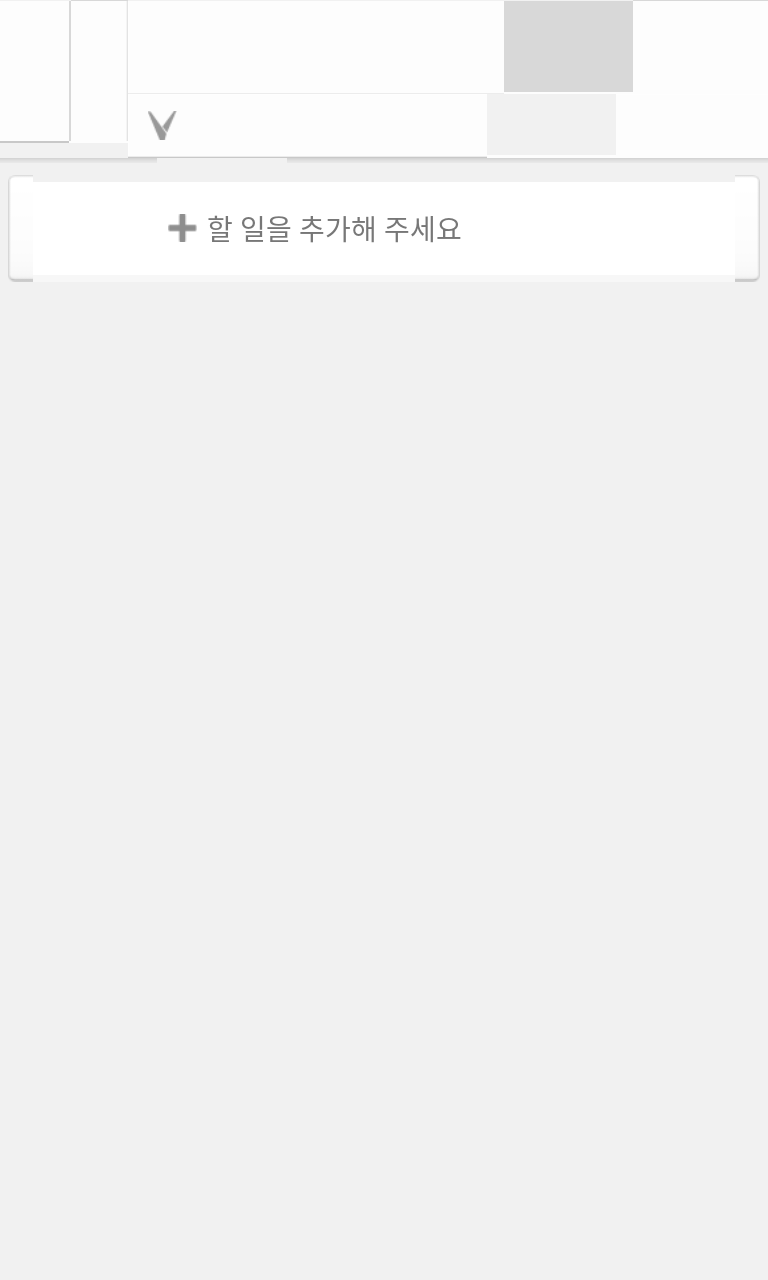
Repository: belhyun/witherest-android
Layout: Witherest/res/layout/fragment_mycheck.xml
The author's editor kept a copy of each file at every save. The layout is drawn from the files as they stood at one save, then again after the next save.
It is drawn on a 768 x 1280 px phone screen (xhdpi) without system bars, with theme android:Theme.Holo; the app's code is not run. Lists and similar views that code fills are empty.

Above is the layout before, as saved 2013-07-06 10:37:57.

### Witherest/res/layout/fragment_mycheck.xml
<?xml version="1.0" encoding="utf-8"?>
<LinearLayout xmlns:android="http://schemas.android.com/apk/res/android"
    android:layout_width="fill_parent"
    android:layout_height="fill_parent"
    android:background="#f1f1f1"
    android:orientation="vertical" >

    <RelativeLayout
        android:layout_width="fill_parent"
        android:layout_height="wrap_content" >

        <LinearLayout
            android:id="@+id/mycheck_profile_container"
            android:layout_width="wrap_content"
            android:layout_height="wrap_content"
            android:layout_alignParentLeft="true"
            android:background="@drawable/main1_bg"
            android:gravity="center"
            android:padding="3dip" >

            <ImageView
                android:id="@+id/mycheck_prifile_image"
                android:layout_width="match_parent"
                android:layout_height="match_parent"
                android:layout_marginBottom="5dp"
                android:layout_marginLeft="3dp"
                android:layout_marginRight="3dp"
                android:layout_marginTop="5dp" />

        </LinearLayout>

        <LinearLayout
            android:id="@+id/mycheck_intro_container"
            android:layout_width="match_parent"
            android:layout_height="wrap_content"
            android:layout_alignParentTop="true"
            android:layout_toRightOf="@id/mycheck_profile_container"
            android:background="@drawable/main2_bg"
            android:gravity="center_vertical"
            android:orientation="vertical"
            android:padding="3dip" >

            <TextView
                android:id="@+id/mycheck_name_textview"
                android:layout_width="wrap_content"
                android:layout_height="wrap_content"
                android:ellipsize="end"
                android:textColor="#51c3b8"
                android:textSize="14sp"
                android:layout_marginLeft ="3dp"
                android:textStyle="bold" />

            <TextView
                android:id="@+id/mycheck_purpose_textview"
                android:layout_width="wrap_content"
                android:layout_height="wrap_content"
                android:ellipsize="end"
                android:textColor="#888888"
                android:layout_marginLeft ="3dp"
                android:textSize="14sp"
                android:layout_marginBottom="3dp"
              />
        </LinearLayout>

        <LinearLayout
            android:id="@+id/mycheck_detail_container"
            android:layout_width="fill_parent"
            android:layout_height="wrap_content"
            android:layout_alignLeft="@id/mycheck_intro_container"
            android:layout_below="@id/mycheck_intro_container"
            android:orientation="horizontal" >

            <LinearLayout
                android:id="@+id/mycheck_detail_container_1"
                android:layout_width="match_parent"
                android:layout_height="match_parent"
                android:layout_weight="1"
                android:background="@drawable/main3_bg"
                android:gravity="center"
                android:orientation="horizontal"
                android:padding="2dip" >

                <ImageView
                    android:layout_width="wrap_content"
                    android:layout_height="wrap_content"
                    android:layout_marginLeft="8dp"
                    android:src="@drawable/main_checkroom_icon_bg" />

                <TextView
                    android:id="@+id/mycheck_expose_textview"
                    android:layout_width="match_parent"
                    android:layout_height="wrap_content"
                    android:layout_marginLeft="80dp"
                    android:textColor="#999999"
                    android:textSize="14sp" />
            </LinearLayout>

            <LinearLayout
                android:id="@+id/mycheck_detail_container_2"
                android:layout_width="match_parent"
                android:layout_height="match_parent"
                android:layout_weight="1"
                android:background="@drawable/main4_bg"
                android:gravity="center"
                android:padding="2dip"
                android:visibility="gone">

                <ImageView
                    android:layout_width="wrap_content"
                    android:layout_height="wrap_content"
                    android:layout_marginLeft="8dp"
                    android:src="@drawable/main_star_icon_bg" />

                <TextView
                    android:id="@+id/mycheck_star_textview"
                    android:layout_width="match_parent"
                    android:layout_height="wrap_content"
                    android:layout_marginLeft="40dp"
                    android:textColor="#999999"
                    android:textSize="14sp" />
            </LinearLayout>
        </LinearLayout>
    </RelativeLayout>

    <LinearLayout
        android:layout_width="fill_parent"
        android:layout_height="wrap_content"
        android:background="@drawable/common_header_shadow" />

    <Button
        android:id="@+id/make_room_btn"
        android:layout_width="match_parent"
        android:layout_height="wrap_content"
        android:background="@drawable/make_room_btn_on_off"
        android:drawableLeft="@drawable/main_plus_icon_bg"
        android:drawablePadding="5dip"
        android:gravity="center_vertical"
        android:paddingLeft="80dp"
        android:text="@string/make_room"
        android:textColor="#777777"
        android:textSize="14sp"
        android:layout_marginLeft="4dp"
        android:layout_marginRight="4dp"
        android:layout_marginTop="6dp"
        android:layout_marginBottom="2dp"/>

    <ListView
        android:id="@+id/mycheck_checklistview"
        android:layout_width="match_parent"
        android:layout_height="wrap_content"
        android:layout_marginLeft="4dp"
        android:layout_marginRight="4dp"
        android:layout_marginTop="2dp"
        android:layout_weight="1.75"
        android:background="#f1f1f1"
        android:drawSelectorOnTop="false"
        android:cacheColorHint="#00000000"
        android:divider="@color/tranparent"
        android:listSelector="@android:color/transparent"
        android:persistentDrawingCache="animation|scrolling"
        >
    </ListView>

</LinearLayout>

### Witherest/res/drawable/make_room_btn_on_off.xml
<?xml version="1.0" encoding="utf-8"?>
<selector xmlns:android="http://schemas.android.com/apk/res/android" >
    <!-- selected -->
	<item
		android:state_selected="true"
		android:drawable="@drawable/main_plusroom_button_on"/>

	<!-- pressed -->
	<item
		android:state_pressed="true"
		android:drawable="@drawable/main_plusroom_button_on"/>

	<!-- focused -->
	<item
		android:state_focused="true"
		android:drawable="@drawable/main_plusroom_button_on"/>

	<!-- default -->
	<item
		android:drawable="@drawable/main_plusroom_button_off"/>

</selector>

### Witherest/res/values/strings.xml
<?xml version="1.0" encoding="utf-8"?>
<resources>
    <string name="app_name">Witherest</string>
    <string name="hello_world">Hello world!</string>
    <string name="menu_settings">Settings</string>
    <string name="title_activity_main">MainActivity</string>

    <!-- Common String -->
    <string name="common_welcome">다른 사람들과 할 일을 공유 하고 함께 이뤄 가는 공간\n함께 목표를 이루는 공간에 당신을 초대합니다.</string>

    <string name="exception_message">오류가 발생하였습니다.</string>
    <string name="incorrect_networkconnect">잘못된 접근방식입니다.</string>
    <!-- /Common String -->

    <!-- Login String -->
    <string name="login_title">로그인</string>
    <string name="login_message">다른 사람들과 할 일을 공유 하고 함께 이뤄 가는 공간\n함께 목표를 이루는 공간에 당신을 초대합니다.</string>
	<string name="login_id_hint">아이디 (이메일 주소)</string>
	<string name="login_passwd_hint">비밀번호</string>
	<string name="login_btn">로그인</string>

	<string name="login_dialog_message">로그인중 입니다.</string>

		<!-- Error String -->
		<string name="login_insert_id_empty">아이디 (이메일 주소)를 입력 해주세요.</string>
		<string name="login_insert_passwd_empty">비밀번호를 입력 해주세요.</string>
		<string name="login_id_incorrect">등록되지 않은 사용자 입니다.</string>
		<string name="login_passwd_incorrect">비밀번호가 일치하지 않습니다.</string>
		<!-- /Error String -->

	<!-- /Login String -->

	<!-- SignUp String -->
	<string name="signup_title">가입하기</string>
	<string name="signup_nickname_hint">닉네임</string>
	<string name="signup_id_hint">아이디 (이메일 주소)</string>
	<string name="signup_passwd_hint">비밀번호</string>
	<string name="signup_passwdconfirm_hint">비밀번호 확인</string>
	<string name="signup_interestedCategory_hint">관심 카테고리</string>
	<string name="signup_attention">만들기 버튼을 누르면 &lt;font color=#3cc3c6&gt;이용약관&lt;/font&gt; 및 &lt;font color=#3cc3c6&gt;개인 정보&lt;/font&gt;&lt;br /&gt;&lt;font color=#3cc3c6&gt;취급 방침&lt;/font&gt;에 동의하게 됩니다.</string>
	<string name="signup_make_btn">가입하기</string>

	<string name="signup_dialog_message">&lt;small&gt;회원가입  요청중입니다.&lt;/small&gt;&lt;br&gt;&lt;small&gt;잠시만 기다려 주세요.&lt;/small&gt;</string>

		<!-- Error String -->
		<string name="signup_insert_nickname_empty">닉네임을 입력 해주세요.</string>
		<string name="signup_insert_id_empty">아이디 (이메일 주소)를 입력 해주세요.</string>
		<string name="signup_insert_passwd_empty">비밀번호를 입력 해주세요.</string>
		<string name="signup_insert_passwdconfirm_empty">비밀번호 확인을 입력 해주세요.</string>
		<string name="signup_insert_interestedCategory_empty">관심 카테고리를 선택 해주세요.</string>

		<string name="signup_insert_passwd_different">입력된 비밀번호가 일치하지 않습니다.</string>
		<!-- /Error String -->

	<!-- /SignUp String -->
		<string name="title_category">Category</string>
		<string name="profile_title">프로필 수정</string>
		<string name="profile">프로필</string>
		<string name="profile_menu_text">프로필 이미지</string>
		<string name="profile_image_des">이미지를 변경하시려면 눌러주세요</string>
		<string name="profile_nick">닉네임</string>
		<string name="email">이메일</string>
		<string name="purpose">목표 문구</string>
		<string name="mycategory">관심 카테고리</string>
		<string name="settings_title">설정</string>
		<string name="default_info_text">기본 정보</string>
		<string name="version_title">버젼 정보</string>
		<string name="default_version">1.0</string>
		<string name="help_title">도움말</string>
		<string name="suggestion_title">의견 보내기</string>
		<string name="note_title">알림 설정</string>
		<string name="system_title">시스템 설정</string>
		<string name="withdraw_title">탈퇴</string>
		<string name="logout_title">로그 아웃</string>
		<string name="warning_withdraw">Witherest를 탈퇴하시겠습니까?</string>
		<string name="confirm">확인</string>
		<string name="cancel">취소</string>
		<string name="confirm_withdraw">탈퇴 확인</string>
		<string name="notification">알림</string>
		<string name="notificationconfig">알림 수신 설정</string>
		<string name="activity_noti_config_time">방 시간 알림</string>
		<string name="activity_noti_config_time_des">방 알림 시간이 되었을 때 알림을 받습니다.</string>
		<string name="activity_noti_config_manager_register">방장 신규 글 등록 알림</string>
		<string name="activity_noti_config_manager_register_des">방장이 신규글을 등록했을 때 알림을 받습니다.</string>
		<string name="activity_noti_config_register_mine">댓글 알림</string>
		<string name="activity_noti_config_register_mine_des">내가 쓴글에 댓 글이 달렸을 때 알림을 받습니다.</string>
		<string name="activity_noti_company">공지 알림</string>
		<string name="activity_noti_company_des">Witherest의 공지 알림을 받습니다.</string>
		<string name="selectimage">사진 선택</string>
		<string name="activity_profile_input_email_text">이메일을 입력해주세요</string>
		<string name="activity_profile_input_nick_text">닉네임을 입력해주세요</string>
		<string name="activity_profile_input_purpose_text">목표 문구를 입력해주세요</string>
		<string name="activity_profile_input_mycategories_text">관심 카테고리를 선택해주세요</string>
		<string name="activity_profile_input_category_text">관심 항목을 선택해주세요</string>
		<string name="activity_makeroom_room_image_title">방 이미지</string>
		<string name="activity_makeroom_room_name_title">방이름</string>
		<string name="activity_makeroom_purpose_title">할 일 내용</string>
		<string name="activity_makeroom_title">방 만들기</string>
		<string name="activity_makeroom_category_title">카테고리</string>
		<string name="activity_makeroom_period_title">기간</string>
		<string name="activity_makeroom_periodtype_default">매일</string>
		<string name="activity_makeroom_period_default">21일</string>
		<string name="activity_makeroom_periodtype_title">실천 주기</string>
		<string name="activity_mkeroom_periodtype_default">매일</string>
		<string name="activity_makeroom_alarm_title">알림</string>
		<string name="activity_makeroom_alarm_default">매일</string>
		<string name="activity_makeroom_content_hint">입력하시려면 눌러주세요</string>
		<string name="activity_makeroom_alarmtime_title">알림 시간</string>
		<string name="activity_makeroom_public_title">공개 여부</string>
		<string name="activity_makeroom_public_default">공개</string>
		<string name="activity_makeroom_maxmember_title">참여 인원</string>
		<string name="activity_makeroom_maxmember_default">10명</string>
		<string name="dialog_input_roomname_text">방 이름을 입력해주세요</string>
		<string name="dialog_input_purpose_text">할 일 내용을 입력해주세요</string>
		<string name="dialog_input_category_text">카테고리를 선택해주세요</string>
		<string name="dialog_input_period_text">기간을 입력해주세요</string>
		<string name="dialog_input_periodtype_text">실천 주기를 입력해주세요</string>
		<string name="dialog_input_alarm_text">알림을 선택해주세요</string>
		<string name="dialog_input_alarmtime_text">알림 시간을 지정해주세요</string>
		<string name="dialog_input_pulbic_text">공개 여부를 설정해주세요</string>
		<string name="dialog_input_maxmember_text">참여 인원을 설정해주세요</string>
		<string name="request_select_day">요일을 선택해주세요</string>
		<string name="daily">매일</string>
		<string name="yes">예</string>
		<string name="no">아니오</string>
		<string name="publicyes">공개</string>
		<string name="publicno">비공개</string>
		<string name="unit_human">명</string>
		<string name="simple_time">시</string>
		<string name="simple_min">분</string>
		<string name="am">오전</string>
		<string name="pm">오후</string>
		<string name="populate">인기순</string>
		<string name="recent">둥록순</string>
		<string name="agent">android</string>
		<string name="login_dialog_title">로그인 중</string>
		<string name="signup_dialog_title">회원 가입 요청중...</string>
		<string name="server_error">일시적 네트워크 장애입니다.\n다시 시도해주세요.</string>
		<string name="id_duplicated">이미 등록된 아이디입니다</string>
		<string name="join_text">join</string>
		<string name="setting_text">setting</string>
		<string name="leave_text">leave</string>
		<string name="with_text">with</string>
		<string name="board_text">board</string>
		<string name="roomboard_write_hint">소식을 전해주세요 !!</string>
		<string name="write_text">올리기</string>
		<string name="login_guide">로그인 안내</string>
		<string name="login_join_message">로그인 전용 페이지 입니다\n아래의 버튼을 알맞게 눌러주세요</string>
		<string name="login">로그인</string>
		<string name="join">회원 가입</string>
		<string name="logout_dialog_title">로그 아웃중</string>
		<string name="logout_dialog_message">로그 아웃 요청중...</string>
		<string name="wait_title">데이타 수신중</string>
		<string name="wait_message">잠시만 기다려주세요</string>
		<string name="makeroom_title_insert">방 이름을 입력해주세요 </string>
		<string name="makeroom_purpose_insert">할일 내용을 입력해주세요</string>
		<string name="makeroom_category_insert">룸을 생성할 카테고리를 입력해주세요</string>
		<string name="createroom_dialog_title">체크룸 생성</string>
		<string name="createroom_dialog_message">체크룸 생성 요청 중입니다 \n잠시만 기다려 주세요</string>
		<string name="createroom_ok">정상적으로 방이 개설되었습니다</string>
		<string name="room_modify">수정</string>
		<string name="room_withdraw">탈퇴</string>
		<string name="room_join">참여</string>
		<string name="no_manager_notice">현재 방의 공지 사항이 없습니다.</string>
		<string name="no_purpose">현재 자신의 목적문구가 없습니다.</string>
		<string name="you_not_manager">방장만이 공지글을 작성할 수 있습니다</string>
		<string name="write_notice_title">공지 작성</string>
		<string name="confirm_notice">공지글을 작성해 주세요</string>
		<string name="not_user_not_join_alert">글을 올리려면 이 방에 참여한 상태여야 합니다.</string>
		<string name="no_text">글을 작성하지 않았습니다. 글을 작성해 주세요</string>
		<string name="write_reply_title">댓글 작성</string>
		<string name="modifyroom_ok">정상적으로 방이 수정되었습니다</string>
		<string name="not_valid_email">입력하신 ID 는 이메일 형식에 맞지 않습니다\n이메일 형식에 맞게 입력해주세요</string>
		<string name="not_valid_name">이름은 2자 이상이어야 합니다</string>
		<string name="not_valid_password">비밀번호는 4자 이상이어야 합니다</string>
		<string name="banned_modify_email">이메일은 수정하실 수 없습니다</string>
		<string name="modify">수정</string>
		<string name="profile_purpose_hint">자신의 목표 문구를 설정해 주세요</string>
		<string name="profile_category_hint">관심 카테고리를 설정해주세요</string>
		<string name="make_room">할 일을 추가해 주세요</string>
		<string name="no_alarm">알림 시간 없음</string>
		<string name="room_public_ok">공개</string>
		<string name="room_public_not">비공개</string>
		<string name="logout_fail">로그아웃 요청이 실패했습니다\n다시 시도해 주십시오</string>
		<string name="finish_confirm_title">앱 종료 확인</string>
		<string name="finish_confirm_message">앱을 종료하시겠습니까?</string>
		<string name="logout_wait_message">로그아웃 중입니다\n잠시만 기다려 주세요</string>
		<string name="profile_modify_ok">프로필이 정상적으로 수정되었습니다</string>
		<string name="necessary_text">필수 사항</string>
		<string name="option_text">선택 사항</string>
		<string name="wrong_approach">잘못된 접근 경로입니다</string>
		<string name="withdraw_ok">회원 탈퇴가 정상적으로 처리되었습니다</string>
		<string name="member_guide_title">회원 가입 안내</string>
		<string name="member_guide_message">회원 가입을 하시고 이용하실 수 있습니다.\n회원 가입절차는 아주 간단합니다.</string>
		<string name="no_delete_room">자신을 제외하고 방에 인원이 없어야 방 삭제가 가능합니다</string>
		<string name="delete_room_guide_title">방 삭제</string>
		<string name="delete_room_guide_message">정말로 방을 삭제하시겠습니까?</string>
		<string name="room_delete">방 삭제하기</string>
		<string name="join_member">Witherest 가입하기</string>
		<string name="join_member_text">회원이 아니시면 아래를 눌러 가입해주세요</string>

		<string name="pull_to_refresh_pull_label">새로 고침</string>
   		 <string name="pull_to_refresh_release_label">새로 고침</string>
   		 <string name="pull_to_refresh_refreshing_label">로딩중...</string>
 		 <string name="pull_to_refresh_tap_label">새로 고침하려면 탭 해주세요</string>
 		 <string name="progress_initialize">앱 초기화 중입니다</string>
 		 <string name="progress_version">버젼 체크를 진행중입니다</string>
 		 <string name="progress_category">필요한 데이타를 수신중입니다</string>
 		 <string name="progress_gcm">GCM 데이타를 식별중입니다</string>
 		 <string name="progress_autologin">자동 로그인 중입니다</string>
 		 <string name="note_saved">에버노트에 잘 저장이 되었습니다</string>
 		 <string name="error_creating_notestore">에버노트에 노트저장소 생성에 문제가 생겼습니다</string>
 		 <string name="error_saving_note">에버노트에 저장하는데 문제가 생겼습니다</string>
 		 <string name="empty_content_error">에버노트에 저장하기 위해서는 제목과 내용이 필요합니다</string>
 		 <string name="note_title">알림 설정</string>
 		 <string name="evernote_login_ok">에버노트 로그인이 되었습니다</string>
 		 <string name="evernote_login_fail">에버노트 인증에 실패했습니다</string>
 		 <string name="is_saving_evernote">에버노트에 기록중입니다\n잠시만 기다려주세요</string>
 		 <string name="note_message">알림 설정하기</string>
 		 <string name="acount_title">계정 연동</string>
 		 <string name="evernote_message1">에버노트와 연동하기</string>
 		 <string name="activity_setting_evernote_detail1">목표를 수행한 내용 기록하기</string>
 		 <string name="activity_setting_evernote_detail2">목표를 수행한 내용이 \n에버노트에 기록됩니다</string>
 		 <string name="room_time_note">witheset 방 시간 알림</string>
 		 <string name="room_time_note_suffix">의 방 시간 알림입니다.</string>
 		 <string name="dialog_input_public_not_public">공개 여부를 선택해 주세요</string>
 		 <string name="fatal_network_error">네트워크 오류</string>
 		 <string name="fatal_network_error_message">네트워크를 사용할 수 없거나, 오류가 발생했습니다.\n앱이 종료됩니다</string>
 		 <string name="tempo_network_error">일시적 네트워크 장애</string>
 		 <string name="tempo_network_error_message">일시적 네트워크 장애입니다. 재시도 하시겠습니까?</string>
 		 <string name="just">just</string>
 		 <string name="inappropriate_path">잘못된 접근 경로입니다.</string>
 		 <string name="registration_order">등록순</string>
 		 <string name="popular_order">인기도순</string>
 		 <string name="create">만들기</string>
 		 <string name="create_room">할 일 만들기</string>
 		 <string name="modify_room">할 일 수정하기</string>
 		 <string name="delete">삭제</string>
 		 <string name="upgrade">upgrade</string>
 		 <string name="login">로그인</string>
 		 <string name="logout">로그아웃</string>
 		 <string name="create_check_room">체크룸 개설</string>
 		 <string name="search_check_room">체크룸 검색</string>
</resources>

### Witherest/res/values/color.xml
<?xml version="1.0" encoding="utf-8"?>
<resources>
    <color name="tranparent">#00000000</color>

</resources>

After the next save:
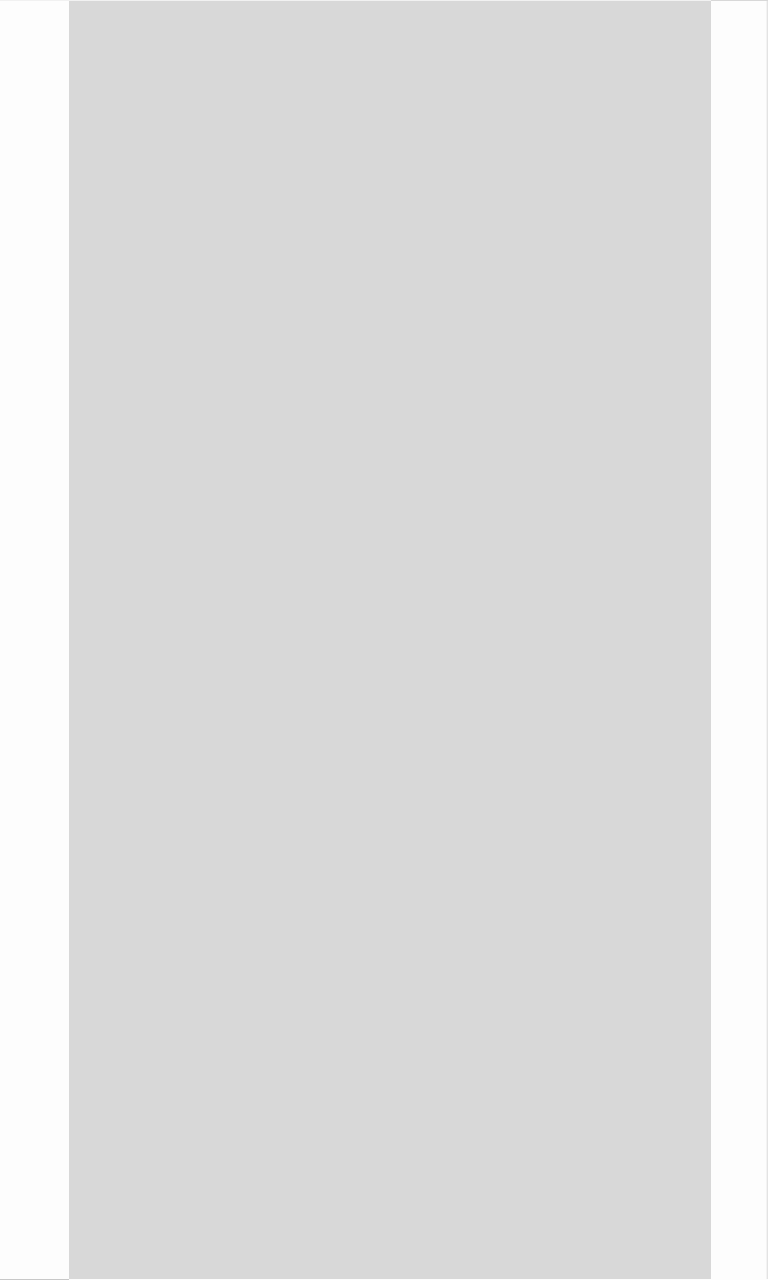
Saved 23 s later.
--- a/Witherest/res/layout/fragment_mycheck.xml
+++ b/Witherest/res/layout/fragment_mycheck.xml
@@ -11,8 +11,8 @@
 
         <LinearLayout
             android:id="@+id/mycheck_profile_container"
-            android:layout_width="wrap_content"
-            android:layout_height="wrap_content"
+            android:layout_width="fill_parent"
+            android:layout_height="fill_parent"
             android:layout_alignParentLeft="true"
             android:background="@drawable/main1_bg"
             android:gravity="center"

After the save that followed:
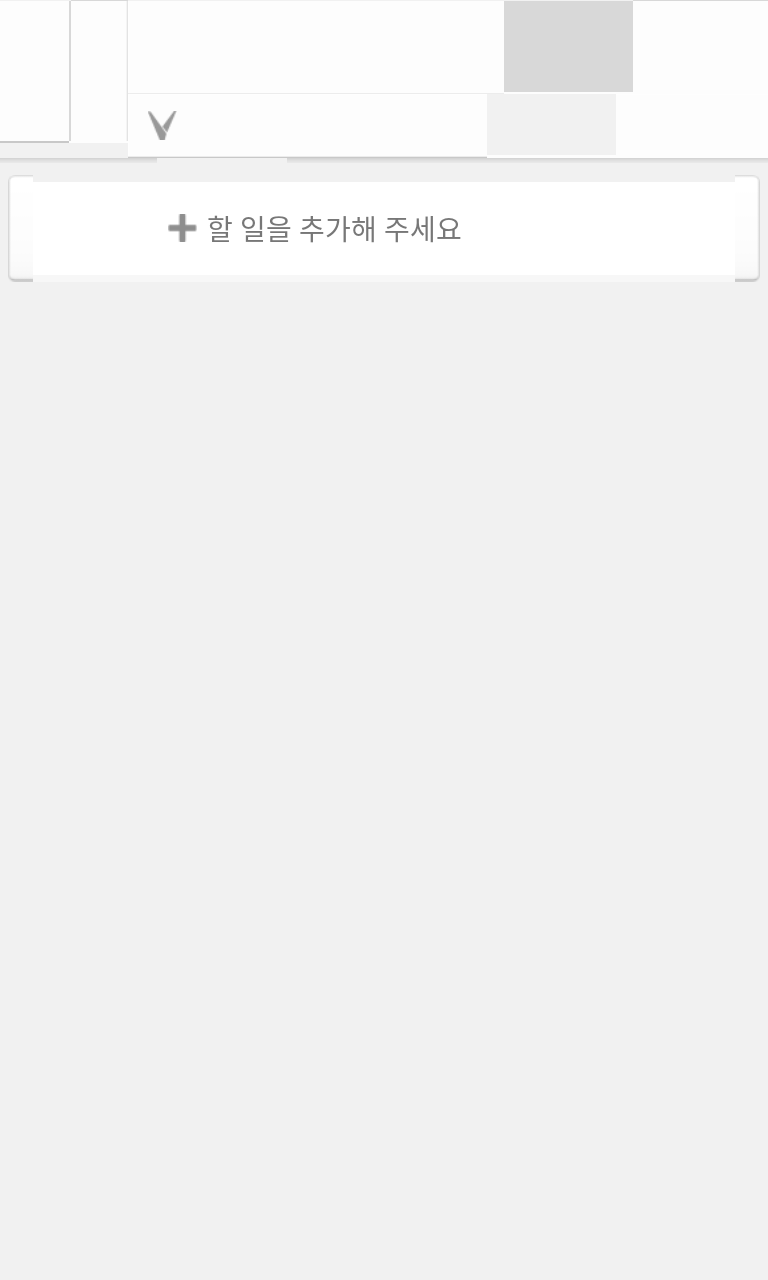
Saved 19 s later.
--- a/Witherest/res/layout/fragment_mycheck.xml
+++ b/Witherest/res/layout/fragment_mycheck.xml
@@ -11,8 +11,8 @@
 
         <LinearLayout
             android:id="@+id/mycheck_profile_container"
-            android:layout_width="fill_parent"
-            android:layout_height="fill_parent"
+            android:layout_width="wrap_content"
+            android:layout_height="wrap_content"
             android:layout_alignParentLeft="true"
             android:background="@drawable/main1_bg"
             android:gravity="center"
